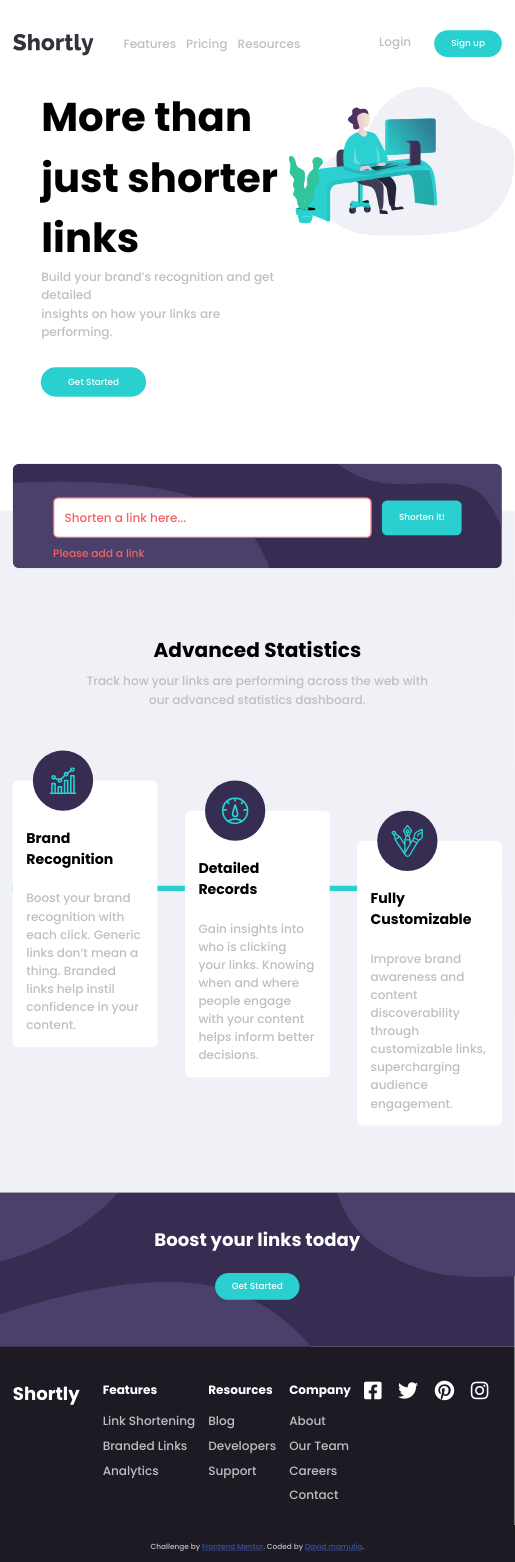
Repository: mamulini/URL-shortener
Page: index.html
An editor plug-in stored every save of this project. The page is shown before and after the next save, followed by the edit.
The browser window is 768 px wide. The pictures show the whole page, at 67% of full size.
Some web libraries are served in a nearby version. The style sheet was rebuilt from its Sass, Less or Tailwind sources for each picture, by a compiler version that may differ from the author's.

Above is the page before, as saved 2020-04-18 14:17:50.

After the next save:
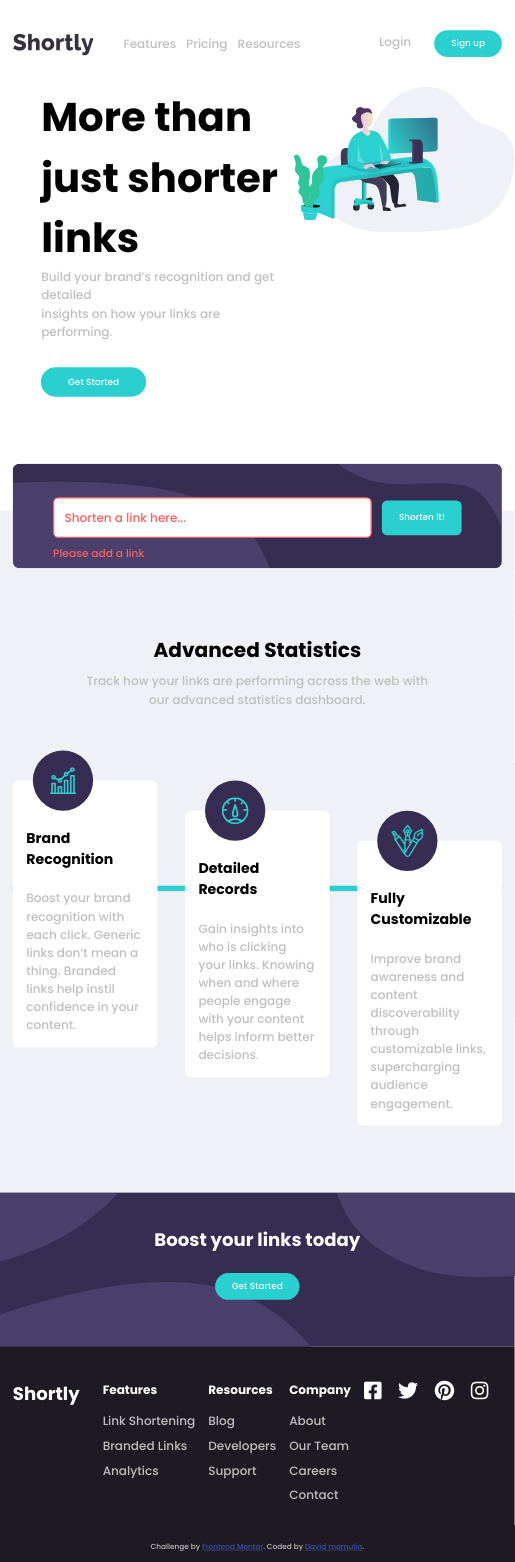
Saved 14 s later.
--- a/sass/main.scss
+++ b/sass/main.scss
@@ -132,9 +132,9 @@ img {
     }
 
     &__img{
-        @media screen and (max-width: 768px){
-            width: 100vw;
-        }
+        // @media screen and (max-width: 768px){
+        //     width: 100vw;
+        // }
     }
 }
 
